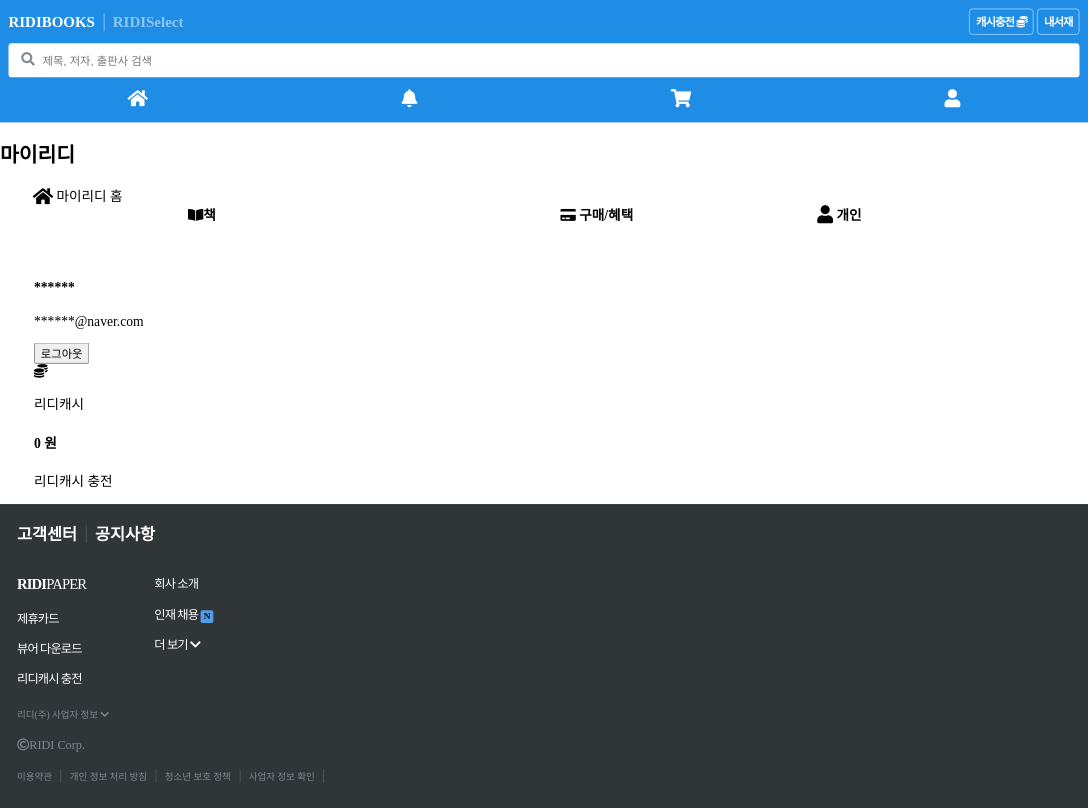
Repository: mega-teamproject/teamproject1
Page: html/myridi.html
The author's editor kept a copy of each file at every save. The page is drawn from the files as they stood at one save, then again after the next save.
The browser window is 1280 px wide. The pictures show the whole page, at 85% of full size.

Above is the page before, as saved 2022-01-04 22:37:35.

After the next save:
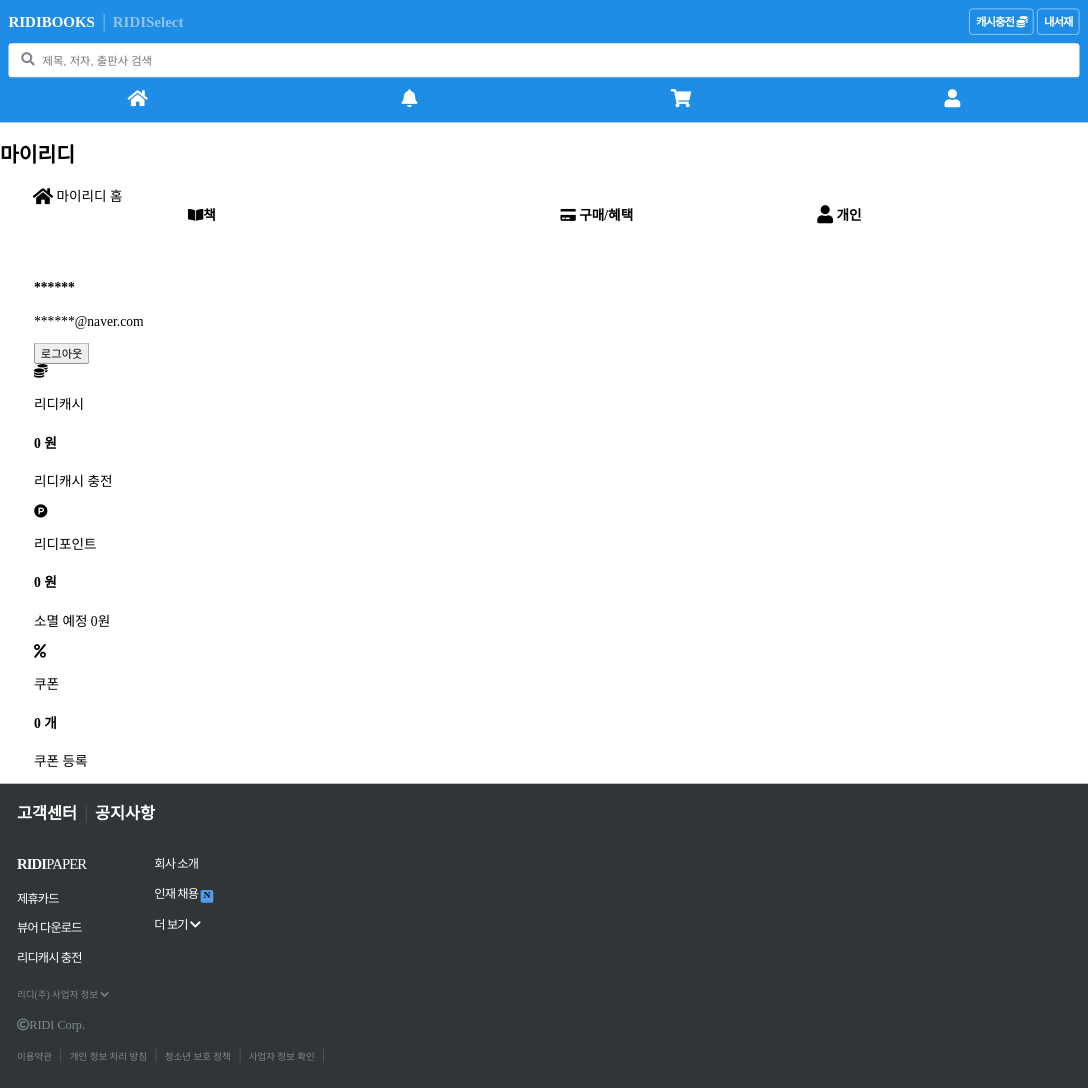
Saved 109 min 6 s later.
--- a/html/myridi.html
+++ b/html/myridi.html
@@ -105,11 +105,21 @@
                   <li>
                     <i class="fas fa-coins"></i>
                     <p>리디캐시</p>
-                    <h4>0 원</h4>
+                    <h4>0 <span> 원</span></h4>
                     <p>리디캐시 충전 </p>
                   </li>
-                  <li></li>
-                  <li></li>
+                  <li>
+                    <i class="fab fa-product-hunt"></i>
+                    <p>리디포인트</p>
+                    <h4>0 <span> 원</span></h4>
+                    <p>소멸 예정 0원</p>
+                  </li>
+                  <li>
+                    <i class="fas fa-percent"></i>
+                    <p>쿠폰</p>
+                    <h4>0 <span> 개</span></h4>
+                    <p>쿠폰 등록 </p>
+                  </li>
                 </ul>
               </div>
                 <div class="visited">
